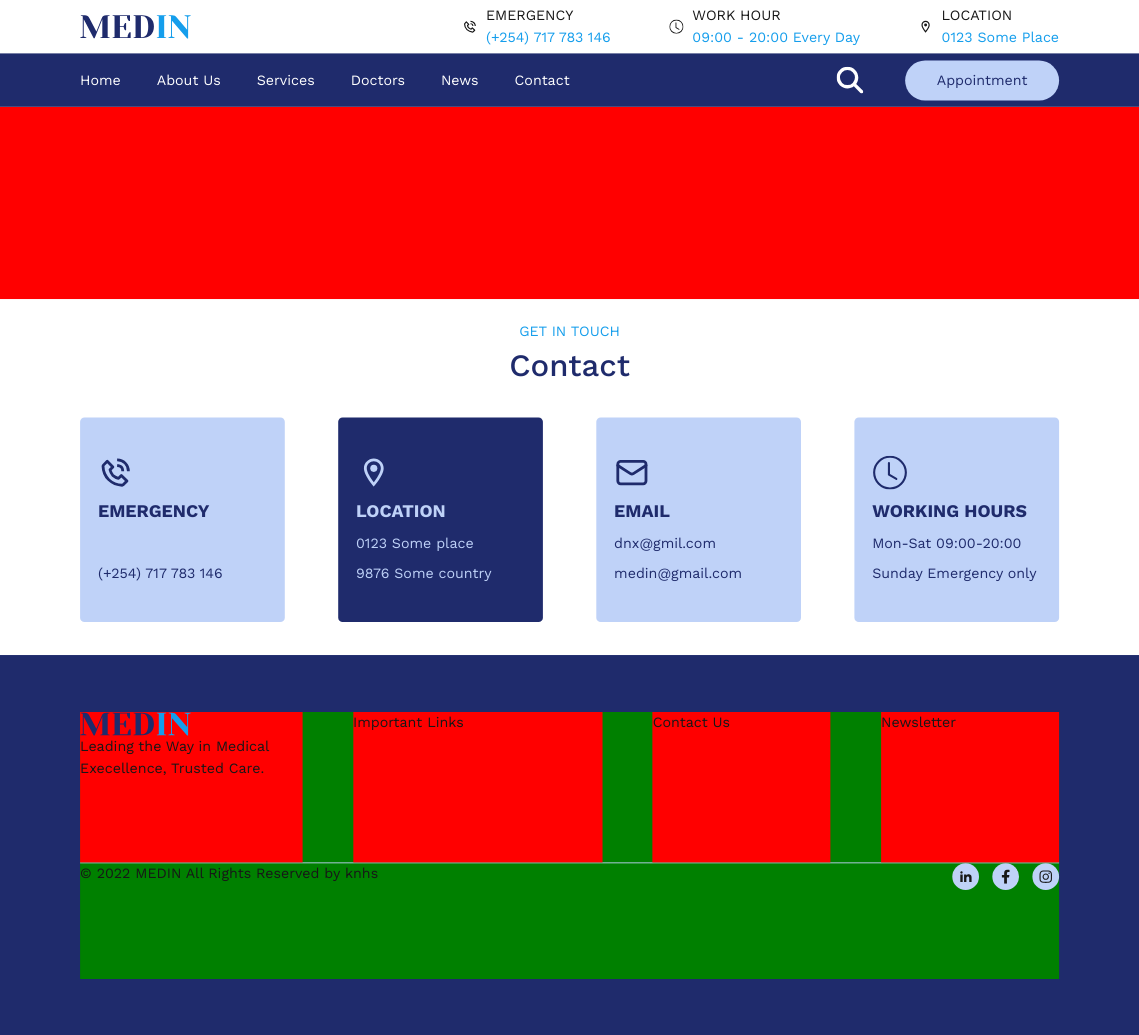
Repository: SynHK3/Poc_Hospital
Page: /appointment (app in fe_hospital/)
An editor plug-in stored every save of this project. The page is shown before and after a run of saves, followed by the edit.
The browser window is 1280 px wide. The pictures show the whole page, at 89% of full size.
The project was rebuilt for these pictures with package versions that can differ from the ones it lists, and the page was loaded fresh each time. The framework's server and built-in components were replaced by stand-ins that run in the browser. Also part of the build but not shown: fe_hospital/next.config.ts.

Above is the page before, as saved 2025-09-02 16:47:40.

After the next 2 saves:
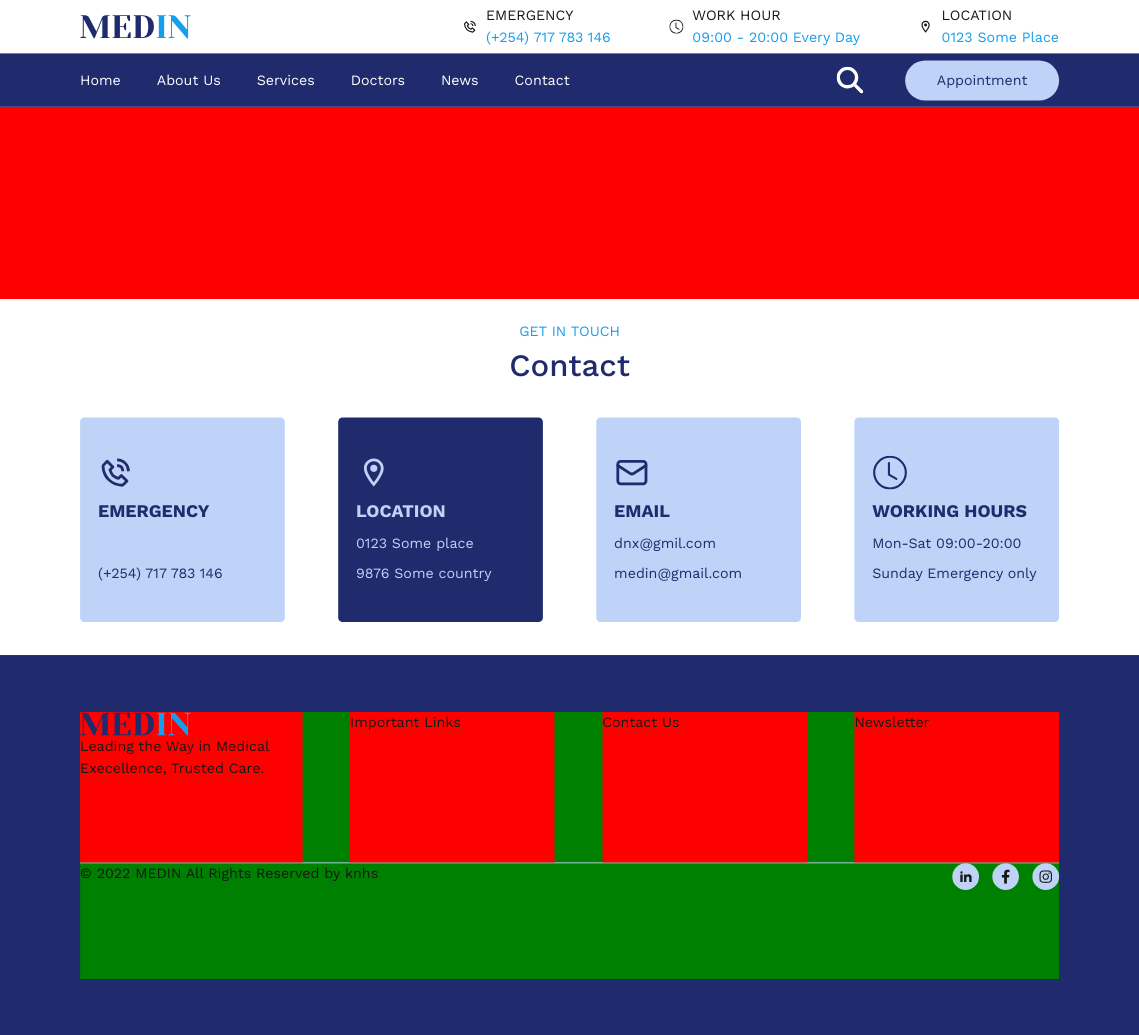
The 2 saves are shown as one change because they came seconds apart.
The last was saved 16 s later.
--- a/fe_hospital/src/components/footer/footer.css
+++ b/fe_hospital/src/components/footer/footer.css
@@ -24,16 +24,10 @@
   background-color: red;
 }
 
+.list__footer--item > li:last-child,
+.list__footer--item > li:nth-child(3),
 .list__footer--item > li:nth-child(2) {
-  width: 280px;
-}
-
-.list__footer--item > li:nth-child(3) {
-  width: 200px;
-}
-
-.list__footer--item > li:nth-child(4) {
-  width: 200px;
+  width: 230px;
 }
 
 .headline__footer {
